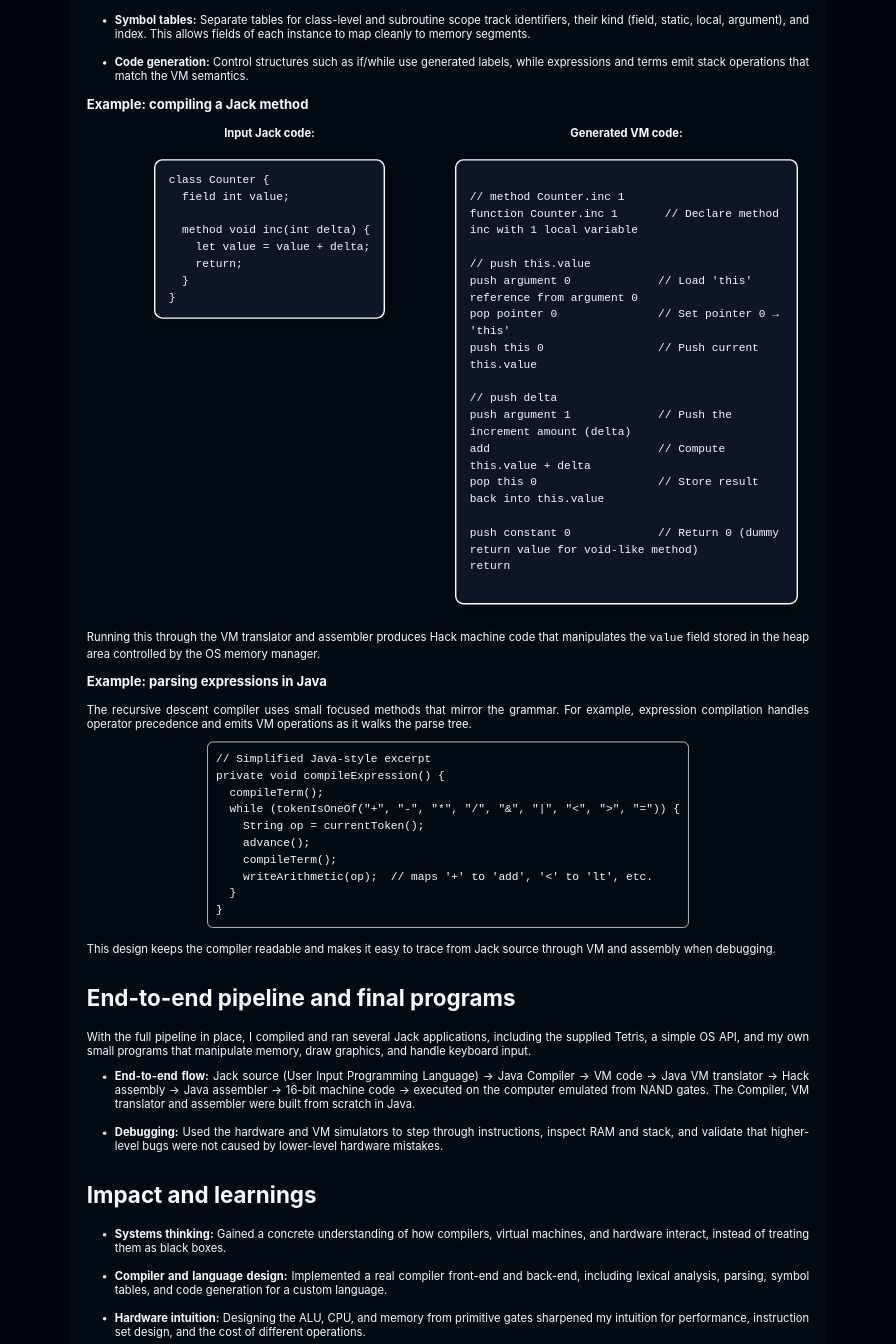
Repository: Abdulaziz-04/Abdulaziz-04.github.io
Page: deepdives/backend_systems/nand2tetris/nand2tetris.html
The author's editor kept a copy of each file at every save. The page is drawn from the files as they stood at one save, then again after the next save.
The browser window is 1280 px wide. The pictures show the part of the page from y = 4358 to 6278 px (the page is 6427 px tall before and 6403 px after), at 70% of full size.

Above is the page before, as saved 2025-11-20 21:48:12.

### deepdives/backend_systems/nand2tetris/nand2tetris.html
<!DOCTYPE html>
<html lang="en">
  <head>
    <meta charset="UTF-8" />
    <meta name="viewport" content="width=device-width, initial-scale=1" />
    <title>
      From Nand to Tetris: Building a Computer and Compiler from Scratch
    </title>
    <link rel="stylesheet" href="../../../assets/css/styles.css" />
    <style>
      .project-detail-page pre,
      .project-detail-page code {
        font-size: 1rem;
        line-height: 1.5;
      }

      .project-detail-page pre {
        display: flex;
        justify-content: center;
        margin: 1.25rem auto;
      }

      .project-detail-page pre code {
        display: inline-block;
        text-align: left;
      }

      .code-pair {
        display: grid;
        grid-template-columns: repeat(2, minmax(0, 1fr));
        gap: 1.25rem;
        align-items: start;
        justify-items: center;
        max-width: 1000px;
        margin: 0 auto;
      }

      .code-pair > div {
        display: flex;
        flex-direction: column;
        gap: 0.5rem;
        align-items: center;
      }

      .code-pair p {
        margin: 0;
        text-align: center;
        width: 100%;
      }

      .code-bordered {
        border: 1px solid #ffffff;
        border-radius: 8px;
        padding: 0.75rem;
        display: block;
        width: fit-content;
        max-width: 100%;
        margin: 0.75rem auto;
      }

      .project-detail-page pre.code-bordered {
        margin: 0 auto 1.25rem;
        justify-content: flex-start;
      }

      .code-card {
        color: #f6f8ff;
        border: 2px solid #3b4a6d;
        border-radius: 12px;
        padding: 1rem 1.2rem;
        background: #0d1526;
        box-shadow: 0 10px 32px rgba(0, 0, 0, 0.24);
        display: flex;
        flex-direction: column;
        gap: 0.5rem;
        width: 100%;
        max-width: 520px;
      }

      .code-card pre {
        display: block;
        margin: 0;
      }

      .code-card pre code {
        display: block;
        text-align: left;
      }

      .code-card__title {
        margin: 0;
        font-weight: 700;
        text-align: left;
      }

      .code-card code {
        display: block;
        white-space: pre-wrap;
        word-break: break-word;
        width: 100%;
      }

      .code-card.vm-block,
      .code-card.asm-block {
        border-color: #ffffff;
      }

      .code-grid {
        display: grid;
        grid-template-columns: repeat(2, minmax(0, 1fr));
        gap: 1.25rem;
        align-items: start;
        justify-items: center;
        max-width: 1100px;
        margin: 0 auto;
      }

      .asm-columns {
        display: grid;
        grid-template-columns: repeat(auto-fit, minmax(220px, 1fr));
        gap: 0.75rem;
        align-items: start;
      }

      .asm-columns pre {
        margin: 0;
        padding: 0;
        border: none;
        background: transparent;
      }

      .asm-columns pre code {
        display: block;
        white-space: pre;
        width: 100%;
      }
    </style>
  </head>

  <body class="project-detail-page">
    <header class="detail-hero">
      <a
        class="category-back"
        href="../../../projects/compiler-blockchain.html"
      >
        &larr; Back to Projects
      </a>

      <p
        class="category-pill"
        onclick="window.location.href='../../../projects/compiler-blockchain.html'"
      >
        Backend &amp; Distributed Logic
      </p>
      <br />
      <h1>
        From Nand to Tetris: Building a Computer and Compiler from Scratch
      </h1>

      <p class="detail-summary">
        <b>
          Two–part systems project where I built a full 16-bit computer,
          assembler, virtual machine, and compiler from primitive NAND gates.
          The stack ends in a high-level programming language called Jack that
          runs on the hardware I designed using an emulator.
        </b>
      </p>

      <p class="detail-summary">
        I completed all projects for both Coursera courses
        <i>“Build a Modern Computer from First Principles: Part 1 and Part 2”</i
        >, submitted every assignment, scored <b>98%</b> overall, and earned
        both certifications.
      </p>

      <ul class="detail-meta">
        <li>
          <strong>Tech Stack:</strong>
          Hardware Description Language (HDL), Hack assembly, Jack language,
          Java (assembler, VM translator, compiler), shell tooling, hardware and
          VM emulators
        </li>
      </ul>
    </header>

    <main class="section detail-content">
      <!-- HERO IMAGE -->
      <section class="detail-section detail-hero-gif">
        <figure class="gallery-item gallery-item--wide">
          <img
            src="./images/nand2tetris_intro.png"
            alt="Hardware and software hierarchy from NAND gate up to high level language"
            style="display: block; margin: 0 auto; max-width: 90%; height: auto"
          />
          <figcaption style="text-align: center">
            The full stack I implemented: from a single NAND gate to logic
            chips, CPU, assembler, VM, and Jack compiler running user programs.
          </figcaption>
        </figure>
      </section>

      <!-- QUICK INSIGHTS -->
      <section class="detail-section">
        <h2>Quick insights</h2>
        <ul class="psr-list">
          <li>
            <strong>Goal:</strong>
            Design a full computer system from the logic-gate level and build a
            usable high-level programming language called Jack with it's own
            compiler and toolchain that runs games and apps on that hardware.
          </li>
          <br />
          <li>
            <strong>Scope:</strong>
            Implemented over <b>30+</b> hardware chips in HDL, a
            <b>16-bit Hack CPU and memory system</b>, a two-stage software stack
            (assembler and VM translator), and a multi-pass Jack compiler.
          </li>
          <br />
          <li>
            <strong>Outcome:</strong>
            The final system runs full Jack programs such as Tetris and a simple
            operating system (arrays, math library, memory manager), compiled by
            my Java tools from Jack to machine language that executes on the
            hardware I built (via emulation).
          </li>
        </ul>
      </section>

      <!-- HARDWARE PLATFORM -->
      <section class="detail-section">
        <h2>Hardware platform: from NAND to a 16-bit computer</h2>
        <p>
          Part 1 focused on creating the hardware stack using the course HDL.
          Starting from a single NAND primitive, I implemented combinational and
          sequential chips and composed them into a usable computer.
        </p>

        <ul>
          <li>
            <b>Core logic:</b> Built gates such as NOT, AND, OR, MUX, and
            adders, then composed them into an <b>ALU</b> (Arithmetic Logic
            Unit) supporting arithmetic, bitwise operations, and zero/negative
            flags.
          </li>
          <br />
          <li>
            <b>Stateful components:</b> Implemented Register, RAM8/64/4K/16K,
            counters, and a screen-mapped memory unit using flip-flops and
            clocked logic.
          </li>
          <br />
          <li>
            <b>CPU and computer:</b> Wired the ALU (Arithmetic Logic Unit),
            registers, and instruction decoder into a Hack CPU supporting
            A-instruction and C-instruction i.e. Address and Compute
            instructions plus conditional jumps, then added ROM and memory to
            form the complete computer chip.
          </li>
        </ul>

        <h3>Example: ALU snippet and behavior</h3>
        <p>
          The ALU combines configurable input negation, zeroing, and function
          selection. Here is a simplified HDL excerpt (names adjusted for
          brevity):
        </p>

        <pre class="code-bordered"><code>// Simplified ALU style HDL
CHIP ALU {
  IN  x[16], y[16],
      zx, nx, zy, ny, f, no;
  OUT out[16], zr, ng;

  PARTS:
  Mux16(a=x, b=false, sel=zx, out=xz);
  Not16(in=xz, out=xn);
  Mux16(a=xz, b=xn, sel=nx, out=x1);

  Mux16(a=y, b=false, sel=zy, out=yz);
  Not16(in=yz, out=yn);
  Mux16(a=yz, b=yn, sel=ny, out=y1);

  Add16(a=x1, b=y1, out=sum);
  And16(a=x1, b=y1, out=andv);
  Mux16(a=andv, b=sum, sel=f, out=out0);

  Not16(in=out0, out=out1);
  Mux16(a=out0, b=out1, sel=no, out=out);

  Or16Way(in=out, out=any);
  Not(in=any, out=zr);
  And(in=out[15], in2=true, out=ng);
}</code></pre>

        <p>
          With these control bits, higher-level instructions like D=D+M or M=!M
          are implemented simply by choosing the correct input parameter
          combination.
        </p>
      </section>

      <!-- ASSEMBLER -->
      <section class="detail-section">
        <h2>Assembler: Hack assembly to machine code</h2>
        <p>
          Once the computer chip worked in simulation, I wrote a two-pass
          assembler in Java for the Hack assembly language. It resolves labels
          and variables, then emits 16-bit binary instructions.
        </p>

        <ul>
          <li>
            <b>Two-pass design:</b> First pass scans labels (for example,
            <code>(LOOP)</code>) and records their ROM addresses. Second pass
            encodes A and C instructions into their binary form.
          </li>
          <br />
          <li>
            <b>Symbol table:</b> Pre-populated with predefined registers
            (R0–R15), pointers (SP, LCL, ARG), screen and keyboard addresses,
            then extended with user variables starting at address 16.
          </li>
        </ul>

        <h3>Assembler encoding example</h3>

        <div class="code-pair">
          <div>
            <p><b>Input assembly:</b></p>
            <pre class="code-card vm-block"><code>// Simple loop
@i
M=1
(LOOP)
  @i
  M=M+1
  @10
  D;JLT
  @LOOP
  0;JMP</code></pre>
          </div>

          <div>
            <p><b>Generated machine code:</b></p>
            <pre
              class="code-card asm-block"
            ><code>0000000000010000   // @i (allocated at 16)
1110111111001000   // M=1
0000000000010000   // @i
1111110111011000   // M=M+1
0000000000001010   // @10
1110001100000100   // D;JLT
0000000000000010   // @LOOP (ROM address 2)
1110101010000111   // 0;JMP</code></pre>
          </div>
        </div>

        <p>
          Running this binary on the hardware simulator shows the register and
          RAM state changing as expected, proving the assembler and CPU agree on
          the instruction set.
        </p>
      </section>

      <!-- VM TRANSLATOR -->
      <section class="detail-section">
        <h2>VM translator: stack machine to Hack assembly</h2>
        <p>
          Part 2 starts the software hierarchy. I implemented a VM translator in
          Java that converts a high-level stack-based VM language into Hack
          assembly. This layer decouples Jack from the hardware and introduces
          function calls and static segments.
        </p>

        <ul>
          <li>
            <b>Arithmetic and logic:</b> Commands such as <code>add</code>,
            <code>sub</code>, <code>eq</code>, <code>lt</code>, and
            <code>gt</code> pop values from the stack, compute, and push results
            using small assembly templates.
          </li>
          <br />
          <li>
            <b>Memory segments:</b> Implemented pointer logic for
            <code>local</code>, <code>argument</code>, <code>this</code>,
            <code>that</code>, <code>temp</code>, <code>pointer</code>, and
            <code>static</code> segments.
          </li>
          <br />
          <li>
            <b>Functions and calls:</b> Implemented call frames following the
            Hack VM spec: save caller state, set ARG and LCL, jump to callee,
            and restore on return.
          </li>
        </ul>

        <h3>VM to assembly example</h3>

        <div class="code-grid">
          <div class="code-card vm-block">
            <p class="code-card__title">Input VM snippet:</p>
            <pre><code>function Simple.addTwo 0
push argument 0
push constant 2
add
return</code></pre>
          </div>

          <div class="code-card asm-block" style="grid-column: span 1">
            <p class="code-card__title">Generated Hack assembly (excerpt):</p>
            <pre><code>// function Simple.addTwo 0
(Simple.addTwo)
// full generation for "push argument 0"
@ARG
D=M
@0
A=D+A
D=M
@SP
A=M
M=D
@SP
M=M+1

// similar generation for push constant 2 command
// similar generation for add command
</code></pre>
          </div>
        </div>

        <p>
          These templates are reused across all Jack programs, making the VM
          translator a key abstraction boundary between language and hardware.
        </p>
      </section>

      <!-- JACK COMPILER -->
      <section class="detail-section">
        <h2>Jack compiler: high-level language on custom hardware</h2>
        <p>
          The final stage was a full compiler pipeline for the Jack language,
          written in Java. Jack is a Java-like language with classes, methods,
          fields, arrays, and basic control flow. The compiler targets the stack
          VM, which my translator then lowers to Hack assembly.
        </p>

        <ul>
          <li>
            <b>Front-end:</b> A tokenizer converts characters into tokens
            (keywords, identifiers, symbols, integers, strings). A recursive
            descent parser (CompilationEngine) walks the grammar and emits VM
            commands while constructing and consulting symbol tables.
          </li>
          <br />
          <li>
            <b>Symbol tables:</b> Separate tables for class-level and subroutine
            scope track identifiers, their kind (field, static, local,
            argument), and index. This allows fields of each instance to map
            cleanly to memory segments.
          </li>
          <br />
          <li>
            <b>Code generation:</b> Control structures such as if/while use
            generated labels, while expressions and terms emit stack operations
            that match the VM semantics.
          </li>
        </ul>

        <h3>Example: compiling a Jack method</h3>

        <div class="code-pair">
          <div>
            <p><b>Input Jack code:</b></p>
            <pre class="code-card vm-block"><code>class Counter {
  field int value;

  method void inc(int delta) {
    let value = value + delta;
    return;
  }
}</code></pre>
          </div>
          <div>
            <p><b>Generated VM code:</b></p>
            <pre class="code-card asm-block"><code>
// method Counter.inc 1
function Counter.inc 1       // Declare method inc with 1 local variable

// push this.value
push argument 0             // Load 'this' reference from argument 0
pop pointer 0               // Set pointer 0 → 'this'
push this 0                 // Push current this.value

// push delta
push argument 1             // Push the increment amount (delta)
add                         // Compute this.value + delta
pop this 0                  // Store result back into this.value

push constant 0             // Return 0 (dummy return value for void-like method)
return
  </code></pre>
          </div>
        </div>

        <p>
          Running this through the VM translator and assembler produces Hack
          machine code that manipulates the <code>value</code> field stored in
          the heap area controlled by the OS memory manager.
        </p>

        <h3>Example: parsing expressions in Java</h3>
        <p>
          The recursive descent compiler uses small focused methods that mirror
          the grammar. For example, expression compilation handles operator
          precedence and emits VM operations as it walks the parse tree.
        </p>

        <pre class="code-bordered"><code>// Simplified Java-style excerpt
private void compileExpression() {
  compileTerm();
  while (tokenIsOneOf("+", "-", "*", "/", "&amp;", "|", "&lt;", "&gt;", "=")) {
    String op = currentToken();
    advance();
    compileTerm();
    writeArithmetic(op);  // maps '+' to 'add', '&lt;' to 'lt', etc.
  }
}</code></pre>

        <p>
          This design keeps the compiler readable and makes it easy to trace
          from Jack source through VM and assembly when debugging.
        </p>
      </section>

      <!-- END-TO-END PIPELINE -->
      <section class="detail-section">
        <h2>End-to-end pipeline and final programs</h2>
        <p>
          With the full pipeline in place, I compiled and ran several Jack
          applications, including the supplied Tetris, a simple OS API, and my
          own small programs that manipulate memory, draw graphics, and handle
          keyboard input.
        </p>

        <ul>
          <li>
            <b>End-to-end flow:</b> Jack source (User Input Programming
            Language) → Java Compiler → VM code → Java VM translator → Hack
            assembly → Java assembler → 16-bit machine code → executed on the
            computer emulated from NAND gates. The Compiler, VM translator and
            assembler were built from scratch in Java.
          </li>
          <br />
          <li>
            <b>Debugging:</b> Used the hardware and VM simulators to step
            through instructions, inspect RAM and stack, and validate that
            higher-level bugs were not caused by lower-level hardware mistakes.
          </li>
        </ul>
      </section>

      <!-- IMPACT & LEARNINGS -->
      <section class="detail-section detail-impact">
        <h2>Impact and learnings</h2>
        <ul>
          <li>
            <b>Systems thinking:</b> Gained a concrete understanding of how
            compilers, virtual machines, and hardware interact, instead of
            treating them as black boxes.
          </li>
          <br />
          <li>
            <b>Compiler and language design:</b> Implemented a real compiler
            front-end and back-end, including lexical analysis, parsing, symbol
            tables, and code generation for a custom language.
          </li>
          <br />
          <li>
            <b>Hardware intuition:</b> Designing the ALU, CPU, and memory from
            primitive gates sharpened my intuition for performance, instruction
            set design, and the cost of different operations.
          </li>
          <br />
          <li>
            <b>Reliability through abstraction:</b> Each layer (HDL chips,
            assembler, VM, compiler) had a clear contract and test suite, which
            made debugging manageable despite how much was built from scratch.
          </li>
        </ul>
      </section>
    </main>
  </body>
</html>

Loaded but not shown: assets/css/styles.css (941 lines, source omitted)

After the next save:
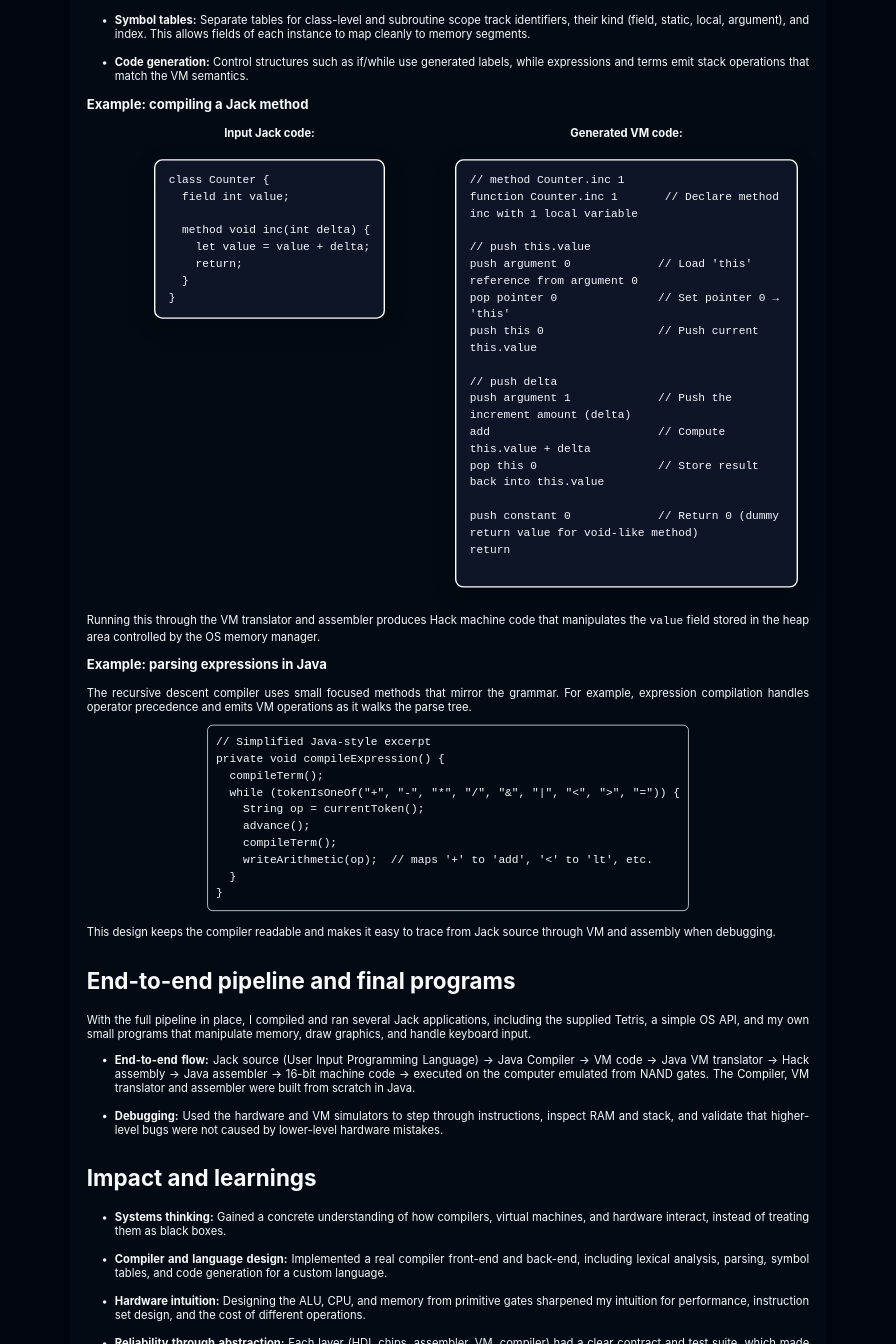
Saved 18 s later.
--- a/deepdives/backend_systems/nand2tetris/nand2tetris.html
+++ b/deepdives/backend_systems/nand2tetris/nand2tetris.html
@@ -482,8 +482,7 @@ M=M+1
           </div>
           <div>
             <p><b>Generated VM code:</b></p>
-            <pre class="code-card asm-block"><code>
-// method Counter.inc 1
+            <pre class="code-card asm-block"><code>// method Counter.inc 1
 function Counter.inc 1       // Declare method inc with 1 local variable
 
 // push this.value
